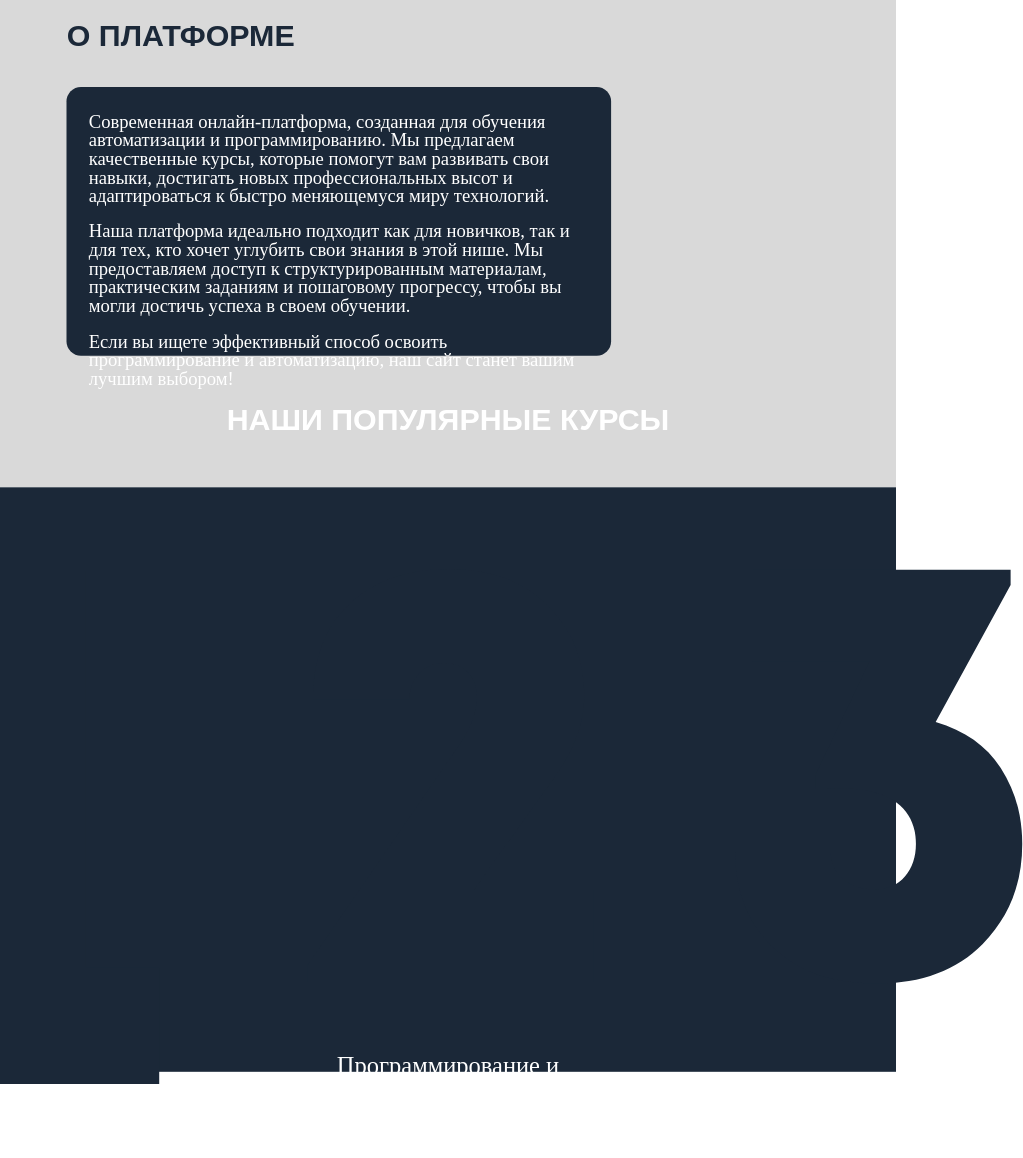
Repository: marjango/course
Page: /
An editor plug-in stored every save of this project. The page is shown before and after the next save, followed by the edit.
The browser window is 1280 px wide. The page is 1462 px wide, so the pictures cover 1462 px, including what lies to the right of the window. The pictures show the part of the page from y = 993 to 2673 px (the page is 2647 px tall before and 2673 px after), at 70% of full size.
The project was rebuilt for these pictures with package versions that can differ from the ones it lists, and the page was loaded fresh each time. The framework's server and built-in components were replaced by stand-ins that run in the browser. Also part of the build but not shown: next.config.ts.

Above is the page before, as saved 2025-03-25 01:52:22.

After the next save:
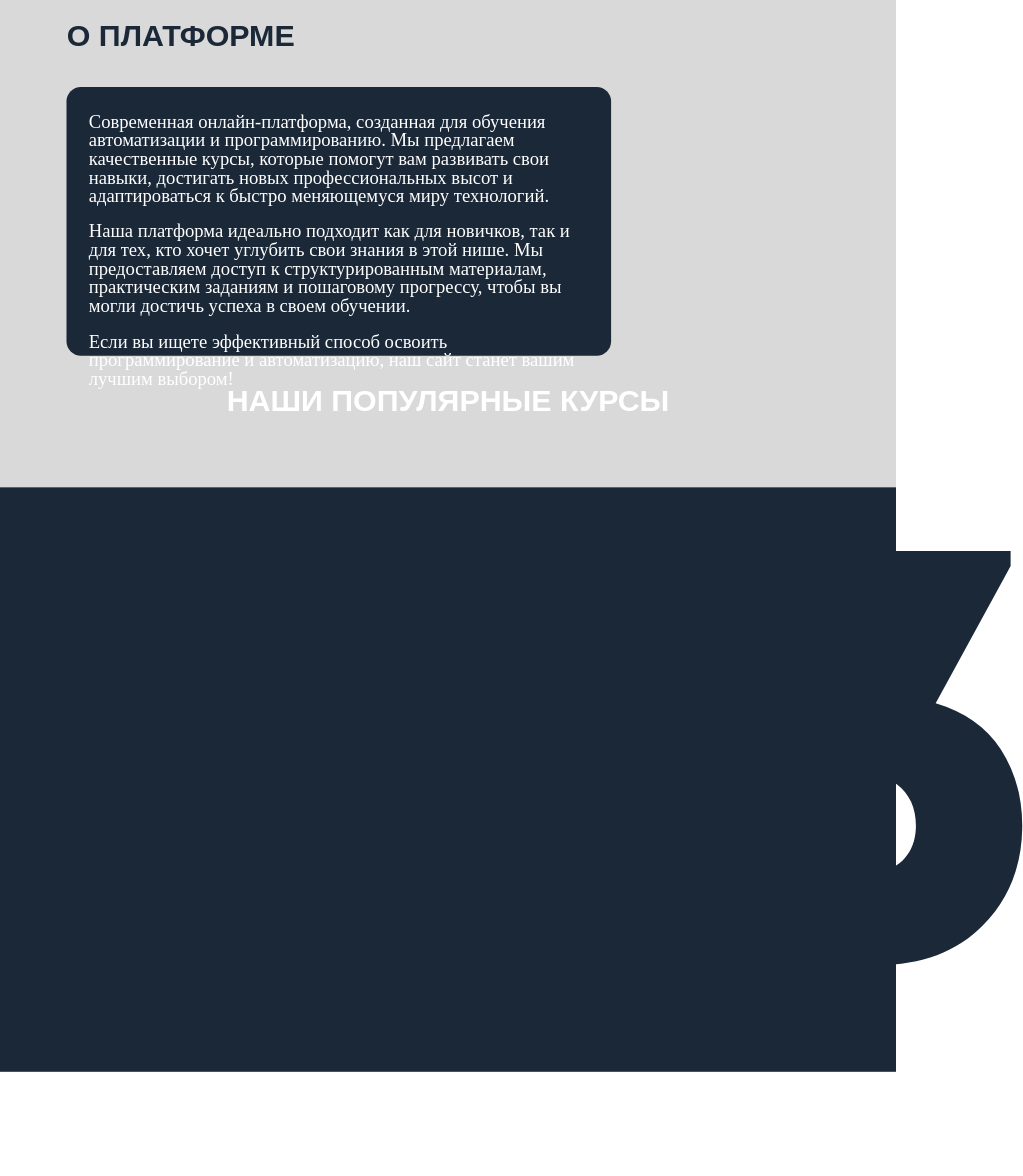
Saved 22 s later.
--- a/app/mainpage/page.tsx
+++ b/app/mainpage/page.tsx
@@ -79,7 +79,7 @@ const Mainpage = () => {
               height={235}
               alt="course"
             />
-            <p>Основы информационных технологий</p>
+            <p>Основы <br/> информационных <br/>технологий</p>
           </div>
 
           <div className={s.course2}>
